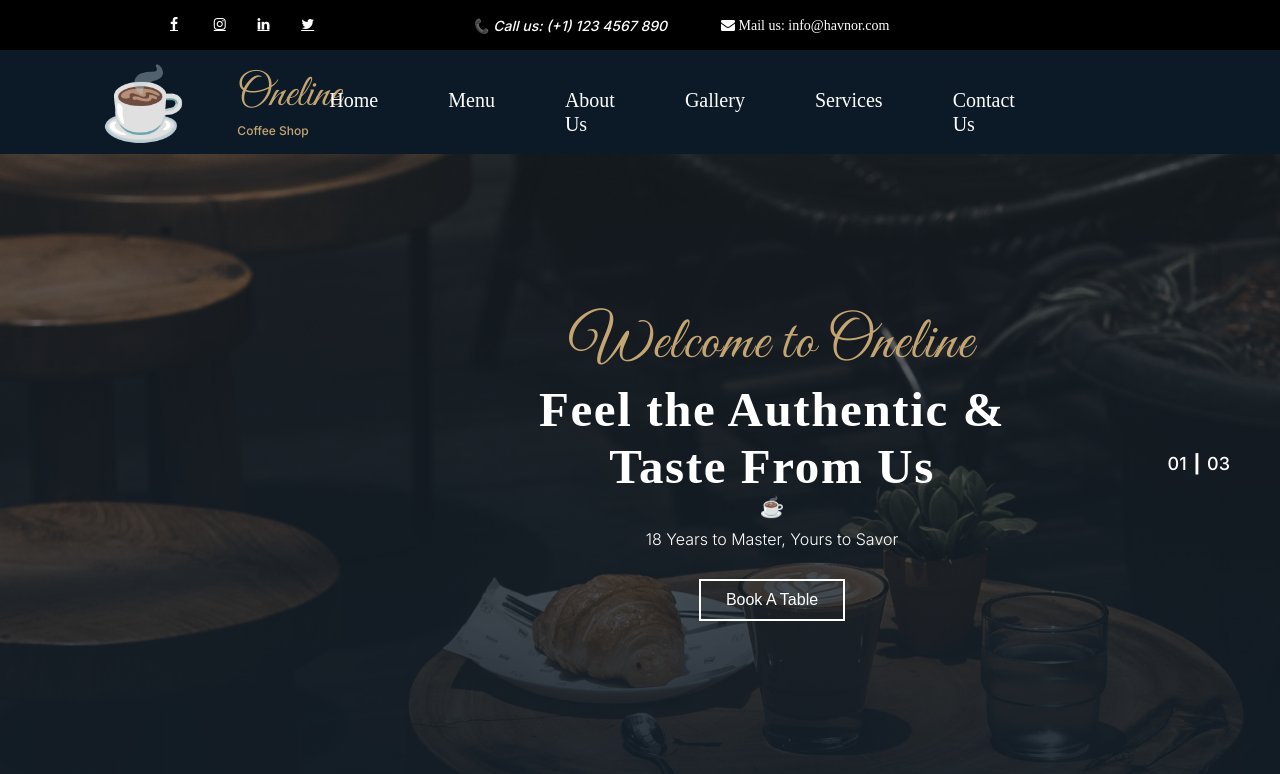
Repository: abhayzulasana/Online-Coffee-Shop
Page: index.html
An editor plug-in stored every save of this project. The page is shown before and after the next save, followed by the edit.
The browser window is 1280 px wide. The pictures show the whole page.

Above is the page before, as saved 2025-05-13 20:10:25.

### index.html
<!DOCTYPE html>
<html lang="en">
<head>
  <meta charset="UTF-8" />
  <meta name="viewport" content="width=device-width, initial-scale=1.0" />
  <title>Oneline Coffee Shop</title>
  <link rel="stylesheet" href="style.css" />
  <link rel="stylesheet" href="https://cdnjs.cloudflare.com/ajax/libs/font-awesome/4.7.0/css/font-awesome.min.css">

  <link rel="preconnect" href="https://fonts.googleapis.com" />
  <link rel="preconnect" href="https://fonts.gstatic.com" crossorigin />
  <link href="https://fonts.googleapis.com/css2?family=Great+Vibes&family=Inter:wght@300;500;700&display=swap" rel="stylesheet">
</head>
<body>
  <header class="top-bar">
    <div class="social-icons">
      <a href="#" class="fa fa-facebook"></a>
      <a href="#" class="fa fa-instagram"></a>
      <a href="#" class="fa fa-linkedin"></a>
      <a href="#" class="fa fa-twitter"></a>

      <!-- <span>📘</span>
      <span>📸</span>
      <span>💼</span>
      <span>🐦</span> -->
    </div>
    <div class="contact-info">
      <i class="call"> 📞   Call us: (+1) 123 4567 890</i>
      <i class="fa fa-envelope">    Mail us: info@havnor.com</i>

      <!-- <span>📞 Call us: (+1) 123 4567 890</span> -->
      <!-- <span>✉️ Mail us: info@havnor.com</span> -->
    </div>
  </header>

  <nav class="navbar">
    <div class="logo">
      <span class="logu">☕</span>
      <span class="logo-text">Oneline <small>Coffee Shop</small></span>
    </div>
    <ul class="nav-links">
      <li>Home</li>
      <li>Menu</li>
      <li>About Us</li>
      <li>Gallery</li>
      <li>Services</li>
      <li>Contact Us</li>
    </ul>
  </nav>

  <section class="hero">
    <div class="hero-content">
<center>
      <h2>Welcome to Oneline</h2>
      <h1>Feel the Authentic & Taste From Us</h1>
      <div class="divider">☕</div>
      <p>18 Years to Master, Yours to Savor</p>
      <button>Book A Table</button>
    </div>
  </center>
    <div class="scroll-number">
      <span>01</span>
      <span>┃</span>
      <span>03</span>
    </div>
  </section>
</body>
</html>

### style.css
/* Reset & Base */
* {
    margin: 0;
    padding: 0px;
    box-sizing: border-box;
  }

  body {
    font-family: 'Inter', sans-serif;
    color: white;
    /* margin-left:90px; */
    height: 100vh;
  }

  /* Top Bar */
  .top-bar {
    top: 0px;
    width: 100%;
    height: 50px;
    background-color: #000;
    color: white;
    display: flex;
    justify-content: space-between;
    padding: 10px 30px;
    font-size: 14px;

  }

  .social-icons a {
    margin-top:7px;
    width:40px;
    height: 17px;

    /* margin-right: 10px; */
    color: white;
    /* margin-left: 0px; */
    /* gap: 10px; */
  }
  .fa-facebook{
    margin-left: 140px;
  }
  .contact-info{
      display: flex;
      gap: 40px;
      margin-right: 320px;
      font-family: 'Inter', sans-serif;

      align-items: center;

  }
  .call{
      /* gap: 70px; */
      font-family: 'Inter', sans-serif;

      /* font: normal normal medium 16px/19px Montserrat; */
      width: 209px;
  }
  .fa-envelope{
    width: 209px;
    font-family: 'Inter', sans-serif;

  }

  /* Navbar */
  .navbar {
    top: 47px;
    margin-left: 0px;
    width: 100%;
    height: 104px;
    background-color: #0c1a28;
    display: flex;
    justify-content: space-between;
    text-align: left;
    /* align-items: center; */
    padding: 15px 50px;
  }

  .logo {
    display: flex;
    align-items: center;
    font-size: 70px;
    /* color: #C5A572; */
  }
  .logo span{
    margin-left: 50px;
    /* color: #C5A572; */
  }
  .logo-text {
    top: 81px;
    width: 92px;
    height: px;
    color: #C5A572;
    font-family: 'Great Vibes', cursive;
    margin-left: 210px;
    font-size: 45px;
  }

  .logo-text small {
    display: block;
    font-size: 12px;
    font-family: 'Inter', sans-serif;
  }

  .nav-links {
    /* margin-left: 57px; */
    margin-right: 290px;
    margin-top: 23px;
    height: 24px;
    list-style: none;
    display: flex;
    gap: 70px;
    /* text-align: left; */
    font: normal normal normal 20px/24px Montserrat;
    color: #FFFFFF;
    opacity: 1;
  }

  .nav-links li {
    cursor: pointer;
  }

  /* Hero Section */
  .hero {
    top: 151px;
    left: 0px;
    width: 100%;
    height: 500px;
    display: flex;
    justify-content: space-between;
    align-items: center;
    height: calc(100vh - 100px);
    padding: 0 50px;
    background: url('img/bgcafe.png');
  background-repeat: no-repeat;
  background-size: cover;
  background-position: center;
  }

  .hero-content {
    top: 398px;
    margin-left: 427px;
    width: 857px;
    height: 317px;
    max-width: 50%;
  }

  .hero-content h2 {
    /* text-align: left; */
    font: normal normal normal 60px/75px Great Vibes;
    letter-spacing: 1.2px;
    color: #C5A572;

  }

  .hero-content h1 {
    font: normal normal normal ;
    font-family:Bellefair;
    font-size: 49px;
    letter-spacing: 1.6px;

    /* margin-bottom: 20px; */
  }

  .divider {
    font-size: 20px;
    color: #d4af37;
    margin-bottom: 10px;
  }

  .hero-content p {
    margin-bottom: 30px;
    font-weight: 300;
  }

  .hero-content button {
    padding: 10px 25px;
    font-size: 16px;
    background-color: transparent;
    border: 2px solid white;
    color: white;
    cursor: pointer;
    transition: 0.3s;
  }

  .hero-content button:hover {
    background-color: white;
    color: #000;
  }

  .scroll-number {
    text-align: center;
    font-size: 18px;
    line-height: 1.8;
  }

After the next save:
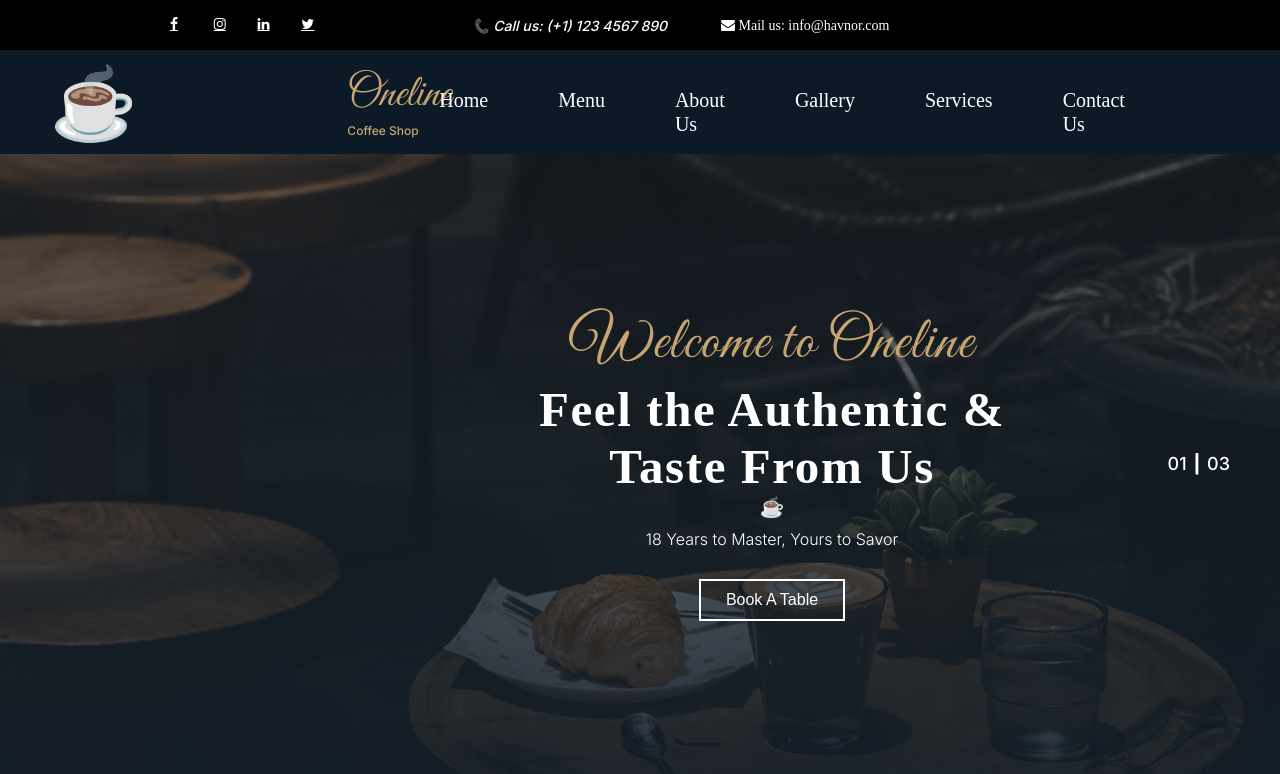
Saved 23 s later.
--- a/style.css
+++ b/style.css
@@ -81,6 +81,7 @@
     font-size: 70px;
     /* color: #C5A572; */
   }
+  .logu
   .logo span{
     margin-left: 50px;
     /* color: #C5A572; */

After the 2 saves that followed:
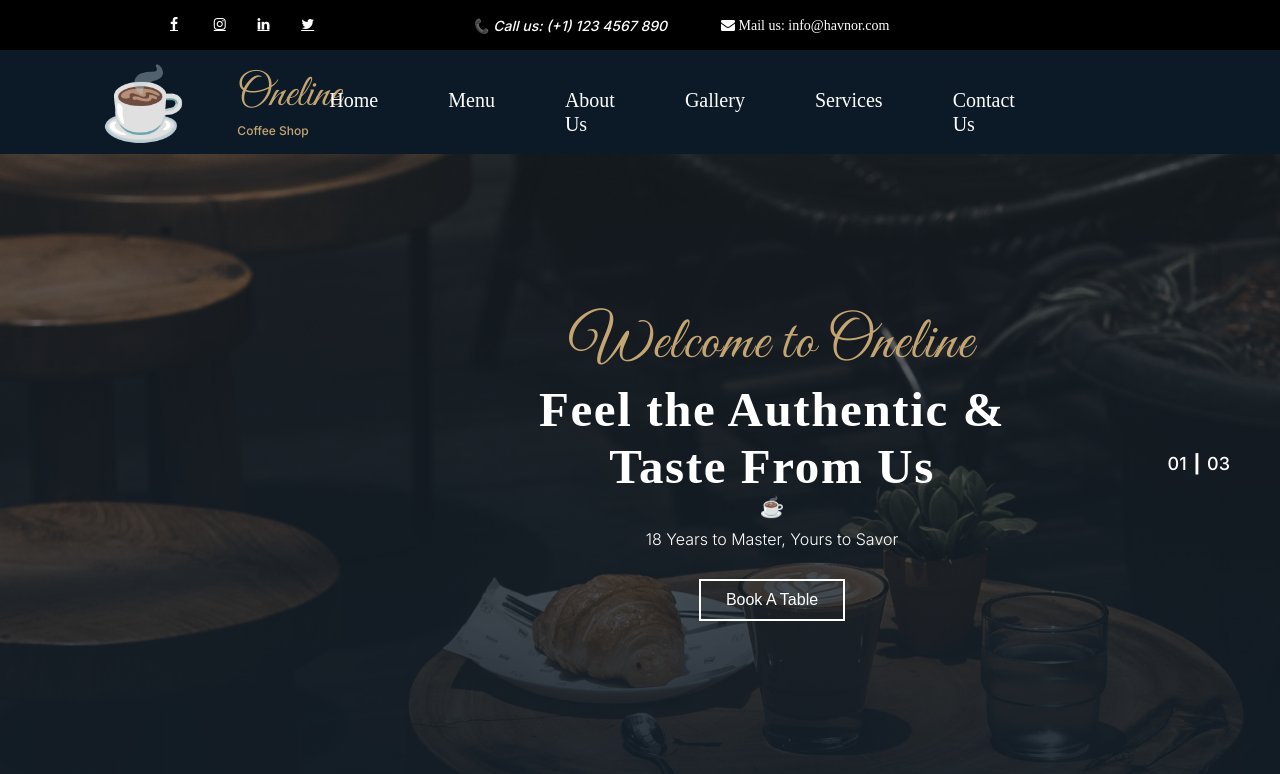
The 2 saves are shown as one change because they came seconds apart.
The last was saved 6 s later.
--- a/style.css
+++ b/style.css
@@ -81,7 +81,9 @@
     font-size: 70px;
     /* color: #C5A572; */
   }
-  .logu
+  .logu{
+
+  }
   .logo span{
     margin-left: 50px;
     /* color: #C5A572; */
